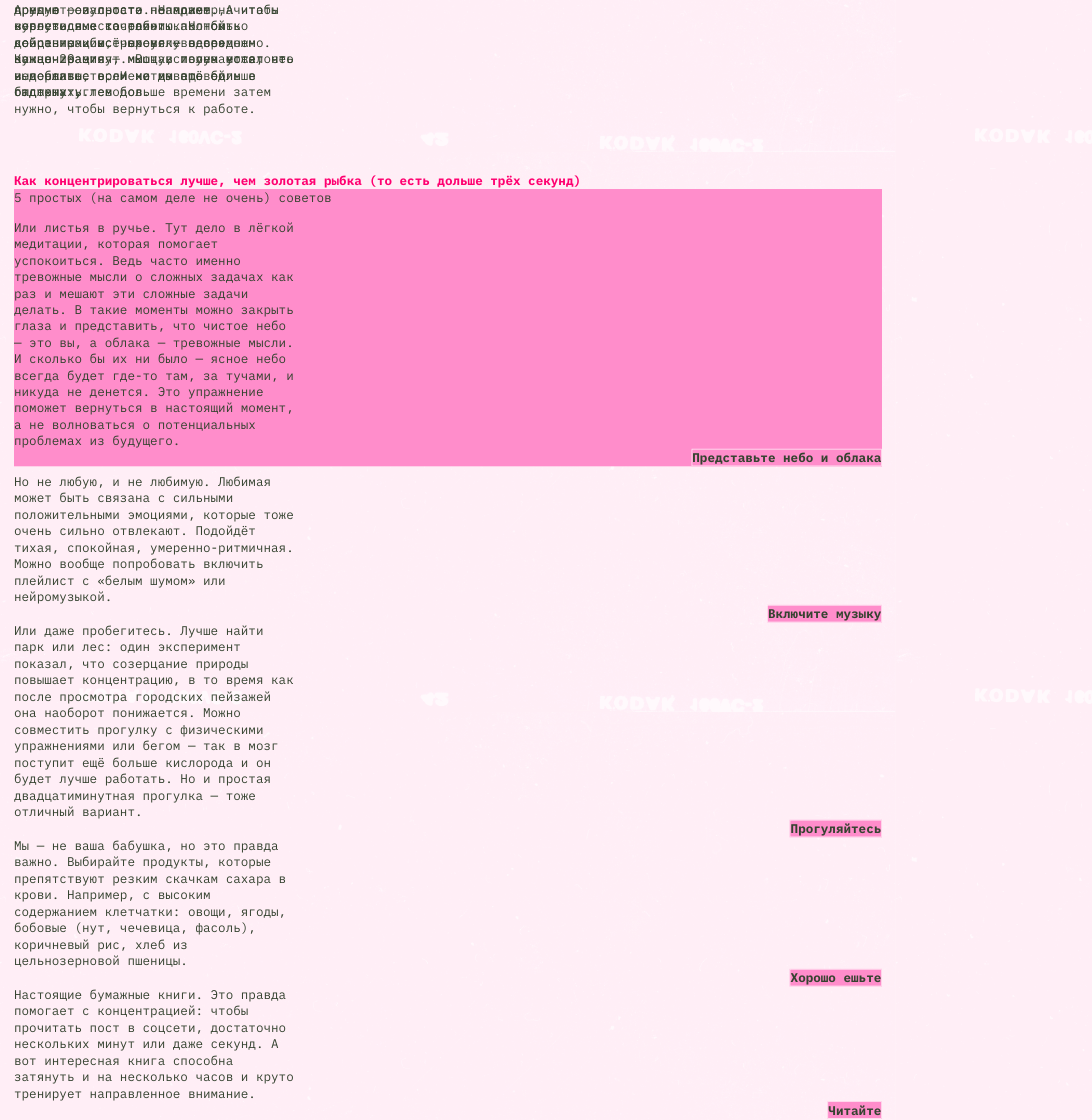
Repository: NikWolf75/slozhno-sosredotochitsya-fd
Page: index.html
These files come from the project's save history. The page is drawn as it stood at one moment and after the next save; the edit follows.
The browser window is 1280 px wide. The page is 1560 px wide, so the pictures cover 1560 px, including what lies to the right of the window. The pictures show the part of the page from y = 1383 to 2983 px (the page is 5260 px tall before and 4385 px after), at 70% of full size.
Backgrounds fixed to the window are drawn as part of the page.

Above is the page before, as saved 2025-02-27 21:04:25.

### index.html
<!DOCTYPE html>
<html lang="ru">
  <head>
    <meta charset="UTF-8" />
    <meta http-equiv="X-UA-Compatible" content="IE=edge" />
    <meta name="viewport" content="width=device-width, initial-scale=1.0" />
    <meta name="color-scheme" content="dark light" />
    <link rel="stylesheet" href="/fonts/fonts.css" />
    <link rel="stylesheet" href="/styles/globals.css" />
    <link rel="stylesheet" href="/styles/variables.css" />
    <link rel="stylesheet" href="/styles/style.css" />
    <link rel="stylesheet" href="/styles/dark.css" />
    <link rel="stylesheet" href="/styles/light.css" />
    <link rel="icon" href="/images/favicon.ico" sizes="any" />
    <link rel="icon" href="/images/favicon.svg" type="image/svg+xml" />
    <title>Сложно сосредоточиться</title>
    <script src="./scripts/script.js"></script>
  </head>
  <body class="page">
    <header class="header decorated-zone">
      <p class="rec_element">REC</p>
      <nav class="header__theme-menu">
        <ul class="header__theme-menu-list">
          <li class="header__theme-menu-item">
            <button
              class="header__theme-menu-button header__theme-menu-button_type_light"
            >
              День
            </button>
          </li>
          <li class="header__theme-menu-item">
            <button
              class="header__theme-menu-button header__theme-menu-button_active header__theme-menu-button_type_auto"
              disabled
            >
              Авто
            </button>
          </li>
          <li class="header__theme-menu-item">
            <button
              class="header__theme-menu-button header__theme-menu-button_type_dark"
            >
              Неон
            </button>
          </li>
        </ul>
      </nav>
      <h1 class="title_main">no focus</h1>
      <div class="title-decor">
        <p>Что делать, когда не можешь делать ничего</p>
        <p>
          Или почему нам так сложно сконцентрироваться, особенно когда очень
          надо
        </p>
      </div>
    </header>
    <main class="content">
      <section class="content__section">
        <h2 class="question_text">Почему сосредоточиться так сложно</h2>
        <article class="content__answers">
          <h3 class=".content__answer-short">Многозадачность</h3>
          <p class="answer_large">
            Особенно сложно сосредоточиться, когда задач много и все они —
            важные. Где же легендарная многозадачность, когда она так нужна вам
            (и всем нанимающим менеджерам этого мира)? А дело в том, что её
            просто не существует. Исследователи
            <a class="link-text" href="#0">выяснили</a>, что мозгу тяжело
            концентрироваться даже на двух делах одновременно. А когда в поле
            внимания попадает несколько важных задач, организм паникует и
            выделяет кортизол и адреналин — «гормоны стресса». Из-за этого мы
            работаем невнимательно: ошибаемся и быстро устаём.
          </p>
        </article>
        <article class="content__answers">
          <h3 class=".content__answer-short">Дофамин</h3>
          <p class="answer_large">
            С гормонами стресса всё понятно, но дальше — ещё интереснее. В нашей
            невозможности сосредоточиться замешана и полная противоположность
            стрессу — дофамин. Это вещество участвует в системе вознаграждения
            мозга. Причём тут он? Мы часто отвлекаемся от важной задачи на
            что-то более «приятное» для мозгов. Например, смотрим лайки в
            соцсетях. В это время и выделяется дофамин — и мы чувствуем
            удовольствие. Получается замкнутый круг: чем больше отвлекаешься,
            тем больше удовольствия получаешь.
          </p>
        </article>
      </section>
      <section class="content__section content__what">
        <h2 class="question_text">Что снижает концентрацию внимания?</h2>
        <article class="content__answers">
          <h3 class="content__answer-short">Многозадачность</h3>
          <p class="answer_large">
            Как концентрация может снижаться из-за… концентрации? Любая
            стрессовая ситуация (и резко меняющийся мир в целом) заставляет наш
            мозг постоянно «сканировать» окружающую среду на предмет опасности.
            Например, читать новости вместо работы. Но быть собранными всё время
            — невозможно. Концентрация — мышца, и она может не выдержать, если
            не давать ей отдохнуть.
          </p>
        </article>
        <article class="content__answers">
          <h3 class="content__answer-short">Еда</h3>
          <p class="answer_large">
            «Быстрые углеводы» — сахар, белый хлеб, сладости — молниеносно
            доставляют в мозг энергию и помогают ему лучше работать. Но уходит
            эта энергия также быстро, как и приходит. А мы в результате попадаем
            на «углеводные качели»: как только действие «быстрых углеводов»
            заканчивается, мы чувствуем усталость и сонливость. И хотим ещё
            больше быстрых углеводов.
          </p>
        </article>
        <article class="content__answers">
          <h3 class="content__answer-short">Гаджеты</h3>
          <p class="answer_large">
            Да-да, это та самая ситуация, когда на экране ноутбука — код, в
            наушниках — подкаст, а на компьютере фоном — ещё и видео с забавными
            утятами. В результате мозг пытается переключиться с одной задачи на
            другую — и просто не может. А чтобы вернуться к состоянию полной
            концентрации, человеку в среднем нужно 20 минут. Вот и получается,
            что чем больше времени мы проводим в гаджетах, тем больше времени
            затем нужно, чтобы вернуться к работе.
          </p>
        </article>
      </section>
      <section class="content__section content_how">
        <h2 class="question_text">
          Как концентрироваться лучше, чем золотая рыбка (то есть дольше трёх
          секунд)
        </h2>
        <article class="content__answers advice">
          <h3 class="content__answer-short sub_content__answer-short">
            5 простых (на самом деле не очень) советов
          </h3>
          <h4 class="content__section-text_block-undertitle title-decor">
            Представьте небо и облака
          </h4>
          <p class="answer_large">
            Или листья в ручье. Тут дело в лёгкой медитации, которая помогает
            успокоиться. Ведь часто именно тревожные мысли о сложных задачах как
            раз и мешают эти сложные задачи делать. В такие моменты можно
            закрыть глаза и представить, что чистое небо — это вы, а облака —
            тревожные мысли. И сколько бы их ни было — ясное небо всегда будет
            где-то там, за тучами, и никуда не денется. Это упражнение поможет
            вернуться в настоящий момент, а не волноваться о потенциальных
            проблемах из будущего.
          </p>
        </article>
        <article class="content__answers">
          <h4 class="content__section-text_block-undertitle title-decor">
            Включите музыку
          </h4>
          <p class="answer_large">
            Но не любую, и не любимую. Любимая может быть связана с сильными
            положительными эмоциями, которые тоже очень сильно отвлекают.
            Подойдёт тихая, спокойная, умеренно-ритмичная. Можно вообще
            попробовать включить плейлист с «белым шумом» или нейромузыкой.
          </p>
        </article>
        <article class="content__answers">
          <h4 class="content__section-text_block-undertitle title-decor">
            Прогуляйтесь
          </h4>
          <p class="answer_large">
            Или даже пробегитесь. Лучше найти парк или лес: один эксперимент
            <a class="link-text" href="#0">показал</a>, что созерцание природы
            повышает концентрацию, в то время как после просмотра городских
            пейзажей она наоборот понижается. Можно совместить прогулку с
            физическими упражнениями или бегом — так в мозг поступит ещё больше
            кислорода и он будет лучше работать. Но и простая двадцатиминутная
            прогулка — тоже отличный вариант.
          </p>
        </article>
        <article class="content__answers">
          <h4 class="content__section-text_block-undertitle title-decor">
            Хорошо ешьте
          </h4>
          <p class="answer_large">
            Мы — не ваша бабушка, но это правда важно. Выбирайте продукты,
            которые препятствуют резким скачкам сахара в крови. Например, с
            высоким содержанием клетчатки: овощи, ягоды, бобовые (нут, чечевица,
            фасоль), коричневый рис, хлеб из цельнозерновой пшеницы.
          </p>
        </article>
        <article class="content__answers">
          <h4 class="content__section-text_block-undertitle title-decor">
            Читайте
          </h4>
          <p class="answer_large">
            Настоящие бумажные книги. Это правда помогает с концентрацией: чтобы
            прочитать пост в соцсети, достаточно нескольких минут или даже
            секунд. А вот интересная книга способна затянуть и на несколько
            часов и круто тренирует направленное внимание.
          </p>
        </article>
      </section>
      <section class="content__section content__gallery">
        <h2 class="content__answer-short">А можно в картинках?</h2>
        <div class="gallery">
          <figure class="gallery__item">
            <img
              class="content__section-image"
              src="./images/sunset.png"
              alt="Вид острова на закате"
              loading="lazy"
            />
          </figure>
          <figure class="gallery__item">
            <img
              class="gallery__section-image"
              src="./images/ice-cream.png"
              alt="Чаша с мороженным"
              loading="lazy"
            />
          </figure>
          <figure class="gallery__item">
            <img
              class="gallery__section-image"
              src="./images/tape.png"
              alt="Кассета"
              loading="lazy"
            />
          </figure>
          <figure class="gallery__item">
            <img
              class="gallery__section-image"
              src="./images/books.png"
              alt="Стопка книг"
              loading="lazy"
            />
          </figure>
          <figure class="gallery__item">
            <img
              class="gallery__section-image"
              src="./images/street.png"
              alt="Улица"
              loading="lazy"
            />
          </figure>
        </div>
      </section>
    </main>
    <footer class="footer decorated-zone">
      <h2 class="title_main footer__title">focus</h2>
    </footer>
  </body>
</html>

### styles/globals.css
*,
*::before,
*::after {
  box-sizing: border-box;
}

body {
  min-inline-size: 375px;
  max-inline-size: 1440px;
  margin: 0 auto;
  padding: 0;
}

h1,
h2,
h3,
h4,
h5,
h6,
p {
  margin: 0;
}

ul {
  margin: 0;
  padding: 0;
  list-style: none;
}

picture {
  margin: 0;
  padding: 0;
}

button,
a {
  font-family: inherit;
  font-size: inherit;
  line-height: inherit;
  text-decoration: none;
  color: currentColor;
  appearance: none;
  margin: 0;
  padding: 0;


}

### styles/variables.css
:root {
  --main-font: 'IBM Plex mono';
}

### styles/style.css
.page {
  display: flex;
  flex-direction: column;
  font-family: var(--main-font), monospace;
  font-size: var(--main-font-size, 18px);
  position: relative;
  font-weight: 700;
  background-color: var(--main-background-color);
  background-image: var(--main-background-image, url("../images/cover-image-dark.png"));
  background-repeat: no-repeat;
  background-attachment: fixed;
  background-position: center;
  background-size: cover;
  color: var(--main-font-color);
 }

.decorated-zone {
  position: relative;
}

.decorated-zone::after,
.decorated-zone::before {
  position: absolute;
  inline-size: 25px;
  block-size: 25px;
  content: "";
  border: 1px solid var(--corner-color);
}

.decorated-zone::after {
  border-top: none;
  border-right: none;
  bottom: 10px;
  left: 10px;
}

@media (width >= 768px) {
  .decorated-zone::before {
    right: 20px;
    top: 20px;
  }
}

.decorated-zone::before {
  border-left: none;
  border-bottom: none;
  right: 10px;
  top: 10px;
}

@media (width >= 768px) {
  .decorated-zone::before {
    bottom: 20px;
    left: 20px;
  }
}

.rec_element {
  position: absolute;
  align-self: start;
  justify-self: end;
  margin: 0;
  right: 10px;
  margin-right: 28px;
  grid-column: 3;
  grid-row: 1;
  color: var(--rec-theme-color);
  gap: 10px;
}

@media (width >= 768px) {
  .rec_element {
    right: 20px;
  }
}

.rec_element::after {
  content: "";
  border-radius: 50%;
  position: absolute;
  top: 8px;
  left: 44px;
  background: var(--accent-color);
  width: 10px;
  height: 10px;
  box-shadow: 0 0 4px 2px var(--accent-color)
}

.header {
  display: grid;
  grid-template-columns: repeat(3, 1fr);
  grid-template-rows: 1fr min-content 1fr;
  align-items: center;
  justify-items: end;
  position: relative;
  block-size: min(668px, 100vh);
  padding: var(--main-padding-small, 10px);
  inline-size: 100%;
 }

 @media (width >= 768px) {
  .header {
    padding: 20px 20px 20px 0;
    block-size: max(1024px, 100vh);
  }
 }

 @media (width >= 1024px) {
  .header {
    block-size: max(768px, 100vh);
  }
 }

 .header__theme-menu {
  grid-column: 3;
  grid-row: 1;
  justify-self: end;
  align-self: center;
}

@media (width >= 1024px) {
  .header__theme-menu {
    grid-column: 1 / -1;
    align-self: start;
    justify-self: center;
    margin-left: 20px;
  }
 }

.header__theme-menu-list {
  display: flex;
  flex-direction: column;
  list-style: none;
  row-gap: 10px;
}

@media (width >= 1024px) {
  .header__theme-menu-list {
    display: flex;
    flex-direction: row;
    column-gap: 10px;
  }
 }

.header__theme-menu-button {
  font-family: inherit;
  background: transparent;
  color: var(--button-text-color);
  border: none;
  text-transform: lowercase;
  border: none;
  height: 26px;
  padding-right: 13px;
  padding-left: 13px;
}

.header__theme-menu-bitton:hover {
  outline: 1px solid var(--button-outline-color)
}

.header__theme-menu-button_active {
  outline: 1px solid var(--button-theme-colo);
}

.header__theme-menu-button:focus {
  outline: none;
  text-decoration: underline;
}

.header__theme-menu-button:focus-visible {
  outline: none;
  text-decoration: underline;
}

.title_main {
  font-family: inherit;
  font-size: clamp(7.25rem, 7.0115rem + 1.0178vw, 7.5rem);
  line-height: 95.7px;
  color: var(--title-main-text-color);
  text-shadow: 4px 4px 0 var(--accent-color);
  cursor: default;
  grid-column: 1 / -1;
  grid-row: 2;
}

@media (width >= 1024px) {
  .title_main {
    line-height: 129px;
  }
}

@media (width >= 768px) {
  .title_main {
    font-size: clamp(7.5rem, 0.5625rem + 14.4531vw, 9.8125rem);
    font-weight: 700;
    line-height: 99px;
  }
}

.title-decor {
  font-weight: 700;
  font-family: var(--main-font), monospace;
  line-height: 23px;
  background-color: var(--accent-color);
  color: var(--title-font-color);
  grid-row: 3;
  grid-column: 1 / -1;
  border: 1px solid var(--main-background-color);
  margin: 0;
  justify-self: end;
  align-self: center;
}

@media (width >= 768px) {
  .title-decor {
    max-width: 49%;
  }
}

.content {
  display: flex;
  box-sizing: border-box;
  flex-direction: column;
  padding: 40px 10px 0 10px;
  row-gap: 50px;
}

@media (width >= 768px) {
  .content {
    padding: 60px 20px 20px 20px;
    row-gap: 80px;
  }
  .content__section {
    display: grid;
    grid-template-columns: 1fr 2fr;
    column-gap: 20px;
  }
}

@media (width >= 1024px) {
  .content__section {
    column-gap: 10px;
  }
}

.content__what, .content__answers {
  margin-bottom: 20px;
}

.content__what, .content__answers:last-of-type {
  margin-bottom: 0;
}

.content__gallery, .content__answer-short {
  font-size: 18px;
}

@media (width >= 768px) and (width < 1024px) {
  .content__what,
  .content__gallery {
    display: grid;
    grid-template-columns: repeat(3, 1fr);
    grid-template-rows: min-content, 1fr;
    row-gap: 20px;
  }

  .content__what, .question_text {
    grid-row: 1;
    grid-column: 1;
  }

  .content__what, .content__answers {
    grid-row: 2;
    grid-column: 1 / -1;
    margin-bottom: 20px;
  }

  .content__gallery, .content__answer-short {
    grid-row: 1;
    grid-column: 1 / -1;
    margin: 0;
  }

  .content__gallery, .gallery {
    grid-row: 2;
    grid-column: 1 / -1;
  }
}

@media (width >= 1024px) {
  .content__what,
  .content__gallery {
    display: grid;
    grid-template-columns: repeat(3, 1fr);
    row-gap: 20px;
  }

  .content__what, .question_text {
    grid-row: 1;
    grid-column: 1;
  }

  .content__what, .content__answers {
    display: grid;
    grid-row: 2;
    grid-column: 1 / -1;
    column-gap: 20px;
    grid-template-columns: repeat(auto-fit, minmax(calc((100% - 40px) / 3), 1fr));
  }

  .content__gallery, .content__answer-short {
    grid-row: 1;
    grid-column: 1 / -1;
    margin: 0;
  }

  .content__gallery, .gallery {
    grid-row: 2;
    grid-column: 1 / -1;
  }
}

.question_text {
  font-family: var(--main-font), monospace;
  font-size: 18px;
  font-weight: 700;
  line-height: 23.5px;
  color: var(--question_text-color);
  margin: 0;
  margin-bottom: 20px;
}

@media (width >= 768px) {
  .question_text {
    padding-right: 9px;
    margin-bottom: 0;
  }
}

.content__answers {
  font-family: var(--main-font), monospace;
  font-size: 18px;
  font-weight: 700;
  line-height: 23.5px;
  color: var(--content__answer-short-color);
}

.content_how {
  display: flex;
  flex-direction: column;
}

.content__answer-short {
  color: var(--content__answer-short-color);
  background-color: var(--accent-color);
  margin: 0;
  margin-bottom: 10px;
  font-family: inherit;
  font-size: inherit;
  font-weight: inherit;
  line-height: inherit;
}

.sub_content__answer-short {
  margin-bottom: 20px;
}

.answer_large {
  font-family: inherit;
  font-size: inherit;
  font-weight: 400;
  line-height: inherit;
  color: var(--answer-text-color);
  margin: 0;
  margin-bottom: 20px;
}

.content__answers, .answer_large:last-of-type {
  margin-bottom: 0;
}

.link-text {
  text-decoration: none;
  color: inherit;
  text-shadow: 2px 2px 0 var(--shadow-accent-color);
}

.link-text:hover {
  border-bottom: 1px solid var(--menu-color);
}

.link-text:focus {
  outline: none;
  border: none;
}

.link-text:focus-visible {
  outline: 1px solid var(--answer-text-color);
  border: 1px solid transparent;
  color: var(--answer-text-color);
}

.advice {
  font-family: var(--main-font), monospace;
  font-size: 18px;
  font-weight: 400;
  background-color: var(--accent-color);
  line-height: 23.4px;
  margin: 0 0 10px 0;
}

.gallery {
  display: grid;
  grid-template-columns: 1fr;
  grid-template-rows: 142px 355px 237px 355px 237px;
  gap: 10px;
  grid-auto-flow: dense;
  margin-bottom: 40px;
}

.gallery__item {
  margin: o;
}

.gallery__section-image {
  object-fit: cover;
  inline-size: 100%;
  block-size: 100%;
}

.footer {
  display: grid;
  height: 100vh;
  padding: 10px;
  block-size: max(668px, 100vh);
  grid-template-columns: 1fr;
  grid-template-rows: 1fr min-content 1fr;
}

.footer_title {
  justify-self: center;
}

### styles/dark.css
:root.theme-dark {
  --main-background-color: #000028;
  --main-font-color: #F1B2CE;
  --title-color: #ff0070;
  --title-font-color: #000028;
  --accent-color: #ff0070;
  --title-main-text-color: #db00ff;
  --rec-theme-color: #ff0070;
  --button-text-color: #ff0070;
  --button-outline-color: rgb(255 0 112 / 40%);
  --main-background-image: url("../images/cover-image-dark.png");
  --question_text-color: #FF0070;
  --content__answer-short-color: #F1B2CE;
  --corner-color: #ff0070;
}

### styles/light.css
:root.theme-light {
  --main-background-color: #fff1f7;
  --main-font-color: #354330;
  --title-color: #354330;
  --title-font-color: #354330;
  --accent-color: #ff8dcb;
  --title-main-text-color: #ffc2e6;
  --rec-theme-color: #354330;
  --button-text-color: #354330;
  --button-outline-color: rgb(50 49 45 / 40%);
  --main-background-image: url("../images/cover-image-light.png");
  --question_text-color: #FF0070;
  --content__answer-short-color: #354330;
  --corner-color: #354330;
}

.theme-light .page .rec_element {
  display: none;
}

@media (prefers-color-scheme: light) {
  :root {
  --main-background-color: #fff1f7;
  --main-font-color: #354330;
  --title-color: #354330;
  --title-font-color: #354330;
  --accent-color: #ff8dcb;
  --title-main-text-color: #ffc2e6;
  --rec-theme-color: #354330;
  --button-text-color: #354330;
  --button-outline-color: rgb(50 49 45 / 40%);
  --main-background-image: url("../images/cover-image-light.png");
  --question_text-color: #FF0070;
  --content__answer-short-color: #354330;
  --corner-color: #354330;
  }
}

.theme-auto .rec_element {
  display: none;
}

### scripts/script.js
(function initTheme() {
  const theme = localStorage.getItem('theme');
  if (theme) {
    setTheme(theme);
  }
})();

document.addEventListener('DOMContentLoaded', () => {
  const currentTheme = [...document.documentElement.classList]
    .find((cn) => cn.startsWith('theme-'))
    ?.replace('theme-', '');
  const themeButtons = [
    ...document.querySelectorAll('.header__theme-menu-button'),
  ];
  setActiveButton(themeButtons, currentTheme);

  themeButtons.forEach((button) => {
    button.addEventListener('click', () => {
      const chosenTheme = [...button.classList]
        .find((cn) => cn.includes('_type_'))
        .split('_type_')[1];
      setTheme(chosenTheme);
      setActiveButton(themeButtons, chosenTheme);
    });
  });
});

function setTheme(theme) {
  document.documentElement.className = '';
  document.documentElement.classList.add(`theme-${theme}`);
  localStorage.setItem('theme', theme);
}

function setActiveButton(buttonsArray, theme) {
  buttonsArray.forEach((button) => {
    button.classList.remove('header__theme-menu-button_active');
    button.removeAttribute('disabled');
  });
  const target = buttonsArray.find((button) =>
    button.classList.contains(`header__theme-menu-button_type_${theme}`)
  );
  if (target) {
    target.classList.add('header__theme-menu-button_active');
    target.setAttribute('disabled', true);
  } else {
    const autoButton = document.querySelector(
      '.header__theme-menu-button_type_auto'
    );
    autoButton.classList.add('header__theme-menu-button_active');
    autoButton.setAttribute('disabled', true);
  }
}

Loaded but not shown: fonts/fonts.css (common file)

After the next save:
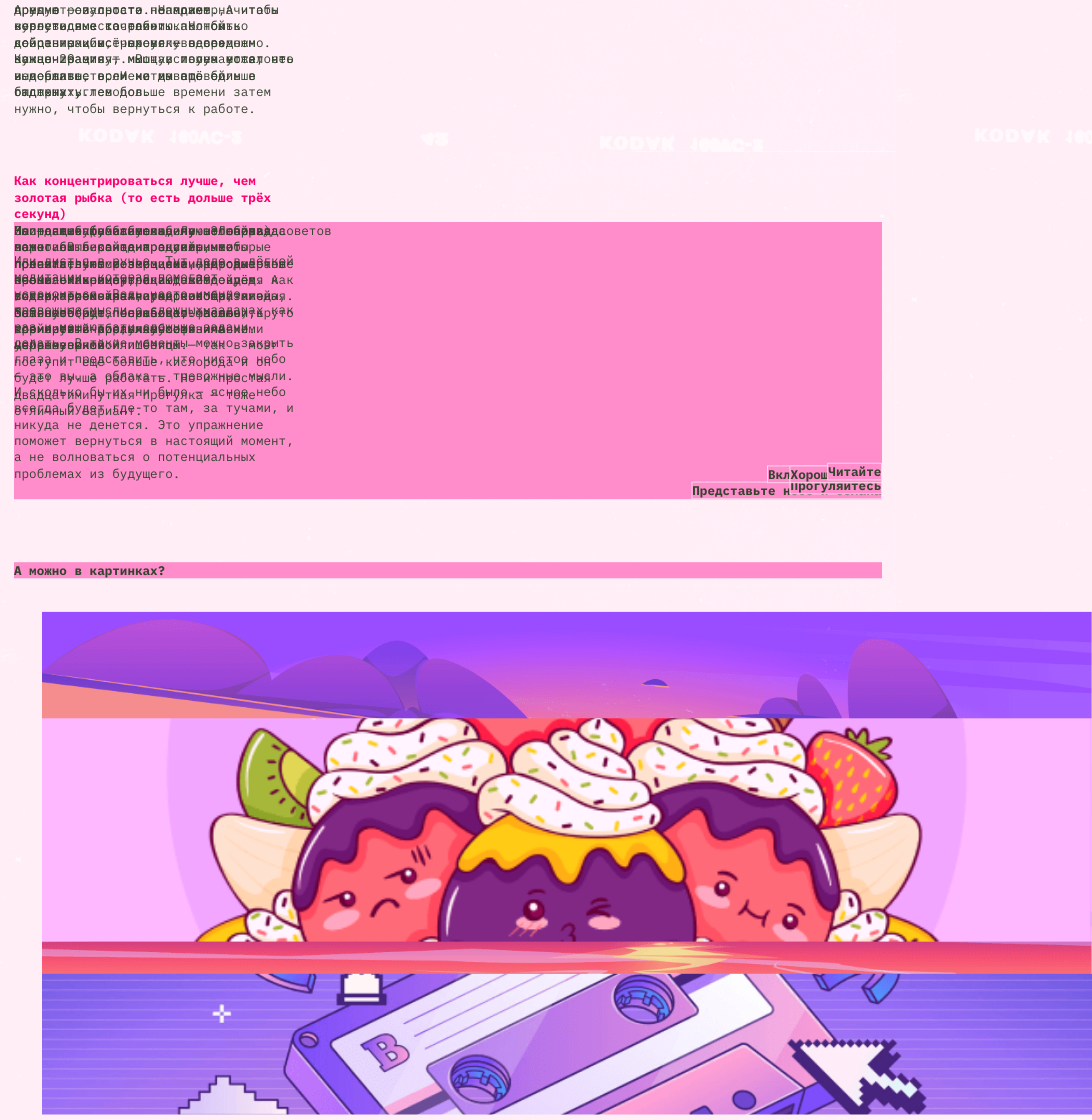
Saved 108 s later.
--- a/index.html
+++ b/index.html
@@ -122,7 +122,7 @@
           </p>
         </article>
       </section>
-      <section class="content__section content_how">
+      <section class="content__section">
         <h2 class="question_text">
           Как концентрироваться лучше, чем золотая рыбка (то есть дольше трёх
           секунд)
